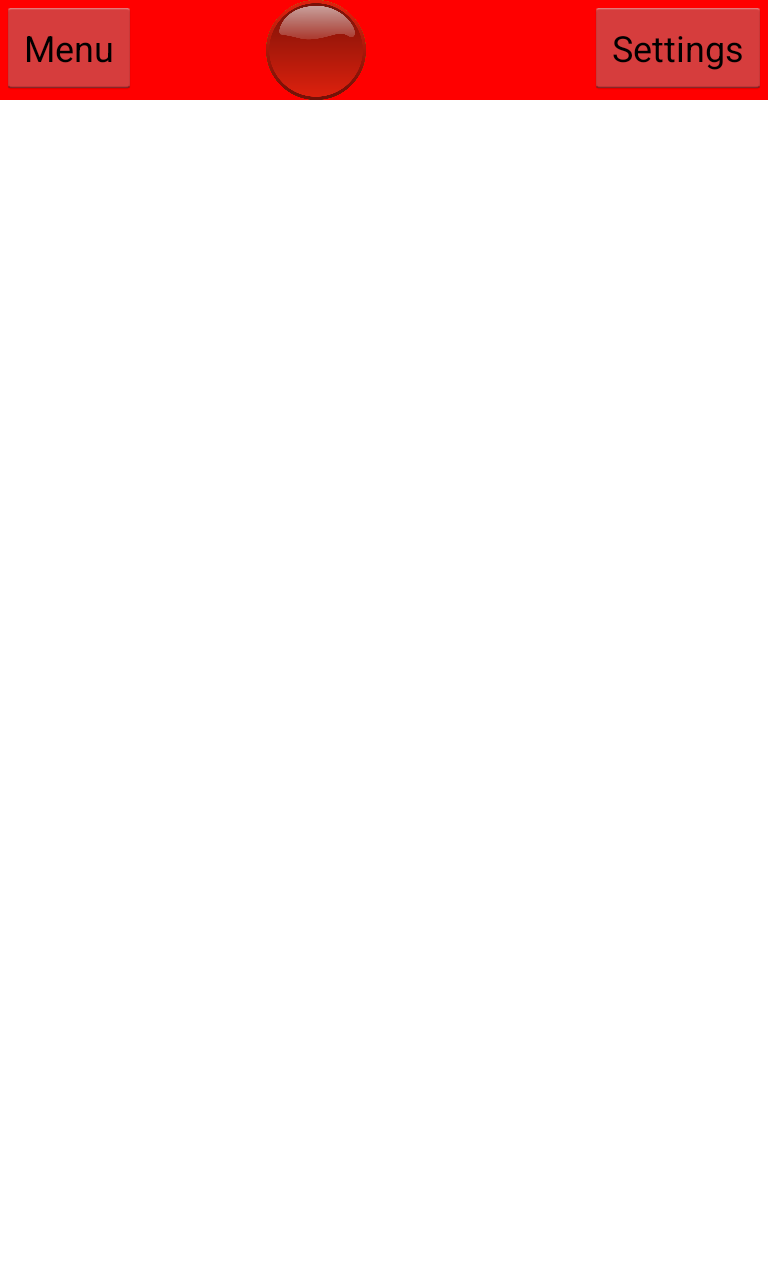
Repository: sbobra/women-startupweekend-sf
Layout: LaundryList/res/layout/activity_explore.xml
The author's editor kept a copy of each file at every save. The layout is drawn from the files as they stood at one save, then again after the next save.
It is drawn on a 768 x 1280 px phone screen (xhdpi) without system bars, with theme AppTheme; the app's code is not run. Lists and similar views that code fills are empty.

Above is the layout before, as saved 2013-09-15 03:23:29.

After the next save:
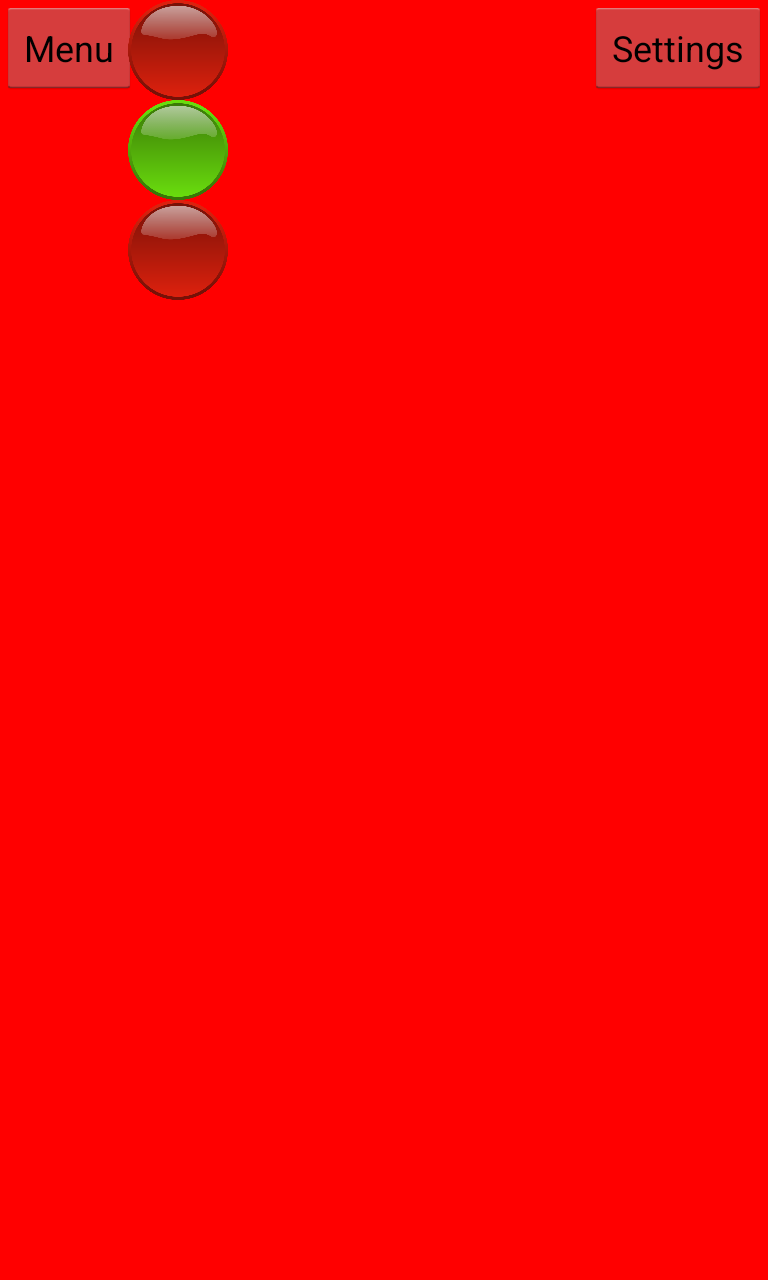
Saved 18 s later.
--- a/LaundryList/res/layout/activity_explore.xml
+++ b/LaundryList/res/layout/activity_explore.xml
@@ -38,31 +38,38 @@
             android:layout_alignParentRight="true"
             android:text="Settings" />
 
-        <ImageView
-            android:id="@+id/imageView2"
-            android:layout_width="50dp"
-            android:layout_height="50dp"
-            android:layout_centerVertical="true"
-            android:layout_marginLeft="64dp"
-            android:layout_toRightOf="@+id/menuButton"
-            android:src="@drawable/redbutton" />
-        <ImageView
-            android:id="@+id/imageView2"
-            android:layout_width="50dp"
-            android:layout_height="50dp"
-            android:layout_centerVertical="true"
-            android:layout_marginLeft="64dp"
-            android:layout_toRightOf="@+id/menuButton"
-            android:src="@drawable/greenbutton" />
-        <ImageView
-            android:id="@+id/imageView2"
-            android:layout_width="50dp"
-            android:layout_height="50dp"
-            android:layout_centerVertical="true"
-            android:layout_marginLeft="64dp"
-            android:layout_toRightOf="@+id/menuButton"
-            android:src="@drawable/redbutton" />
+        <LinearLayout
+            android:layout_width="match_parent"
+            android:layout_height="match_parent"
+            android:orientation="vertical" >
 
+            <ImageView
+                android:id="@+id/imageView2"
+                android:layout_width="50dp"
+                android:layout_height="50dp"
+                android:layout_centerVertical="true"
+                android:layout_marginLeft="64dp"
+                android:layout_toRightOf="@+id/menuButton"
+                android:src="@drawable/redbutton" />
+
+            <ImageView
+                android:id="@+id/imageView2"
+                android:layout_width="50dp"
+                android:layout_height="50dp"
+                android:layout_centerVertical="true"
+                android:layout_marginLeft="64dp"
+                android:layout_toRightOf="@+id/menuButton"
+                android:src="@drawable/greenbutton" />
+
+            <ImageView
+                android:id="@+id/imageView2"
+                android:layout_width="50dp"
+                android:layout_height="50dp"
+                android:layout_centerVertical="true"
+                android:layout_marginLeft="64dp"
+                android:layout_toRightOf="@+id/menuButton"
+                android:src="@drawable/redbutton" />
+        </LinearLayout>
     </RelativeLayout>
 
     <android.support.v4.view.ViewPager
